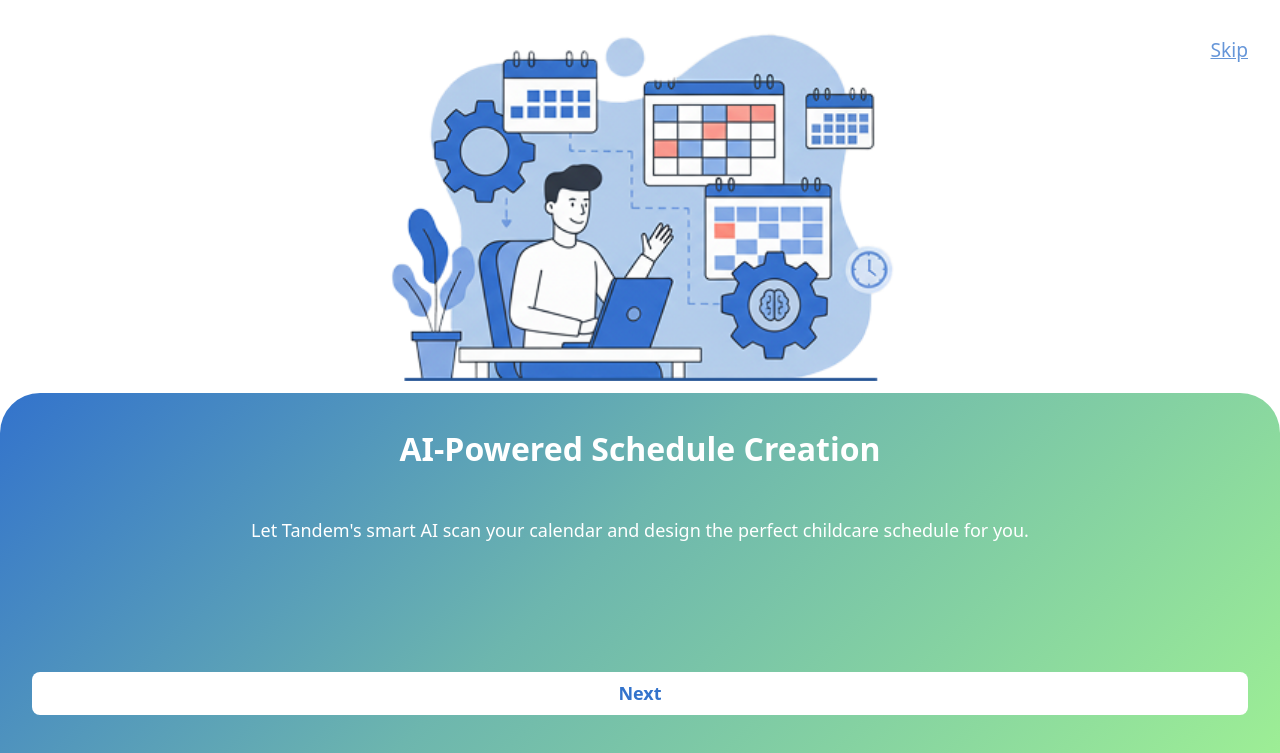
Repository: IDSP-TRADECARE/Tandem
Page: /boarding/features
An editor plug-in stored every save of this project. The page is shown before and after the next save, followed by the edit.
The browser window is 1280 px wide. The pictures show the whole page.
The page's requests for data from a server got no answer. Some web fonts or font styles are not loaded; a fallback is used. The project was rebuilt for these pictures with package versions that can differ from the ones it lists, and the page was loaded fresh each time. Some packages were replaced by stand-ins written for this rebuild. The framework's server and built-in components were replaced by stand-ins that run in the browser. No one was signed in, and anything a server would have sent is missing. Also part of the build but not shown: next.config.ts, src/app/components/auth/AuthGuard.tsx.

Above is the page before, as saved 2025-11-23 00:31:03.

After the next save:
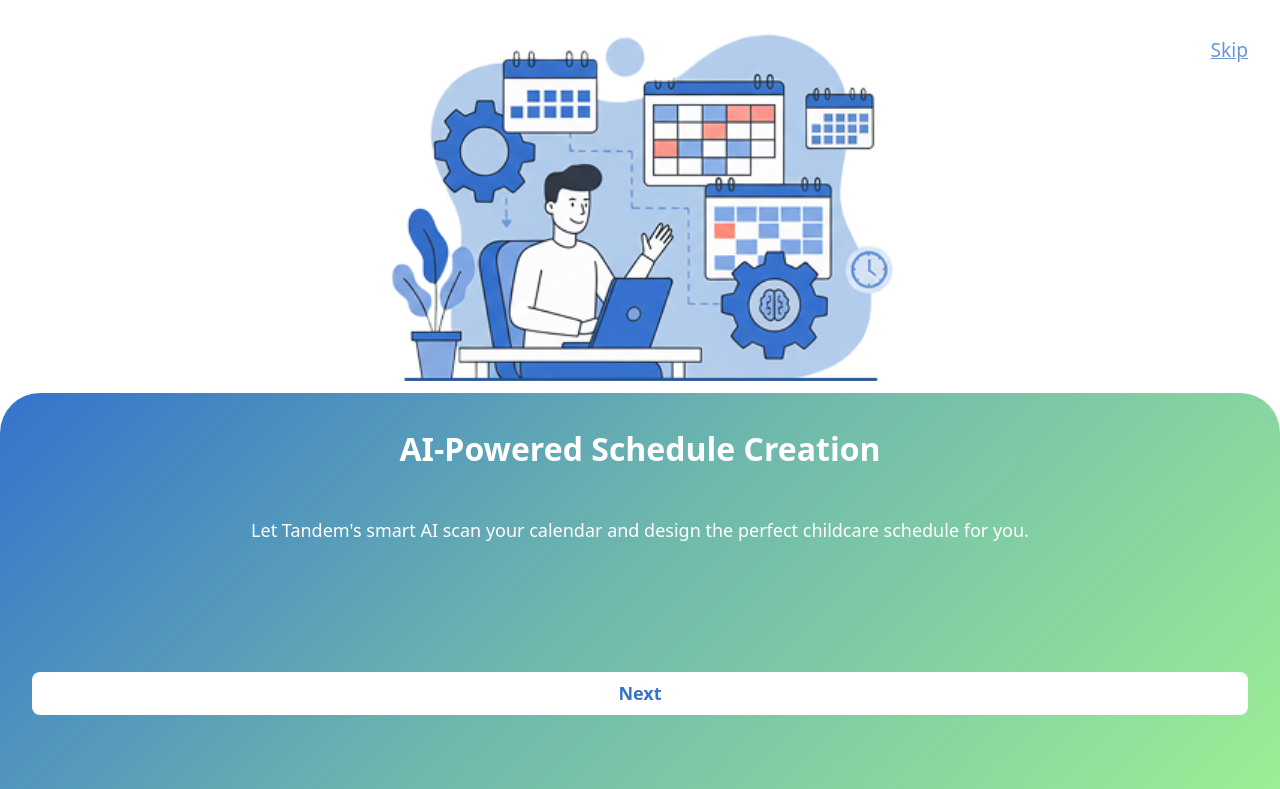
Saved 8 s later.
--- a/src/app/boarding/features/features.module.css
+++ b/src/app/boarding/features/features.module.css
@@ -75,7 +75,7 @@
     border-top-left-radius: 2.5rem;
     border-top-right-radius: 2.5rem;
     padding: 2rem;
-    height: 50vh;
+    height: 55vh;
     width: 100%;
     display: flex;
     flex-direction: column;

After the 3 saves that followed:
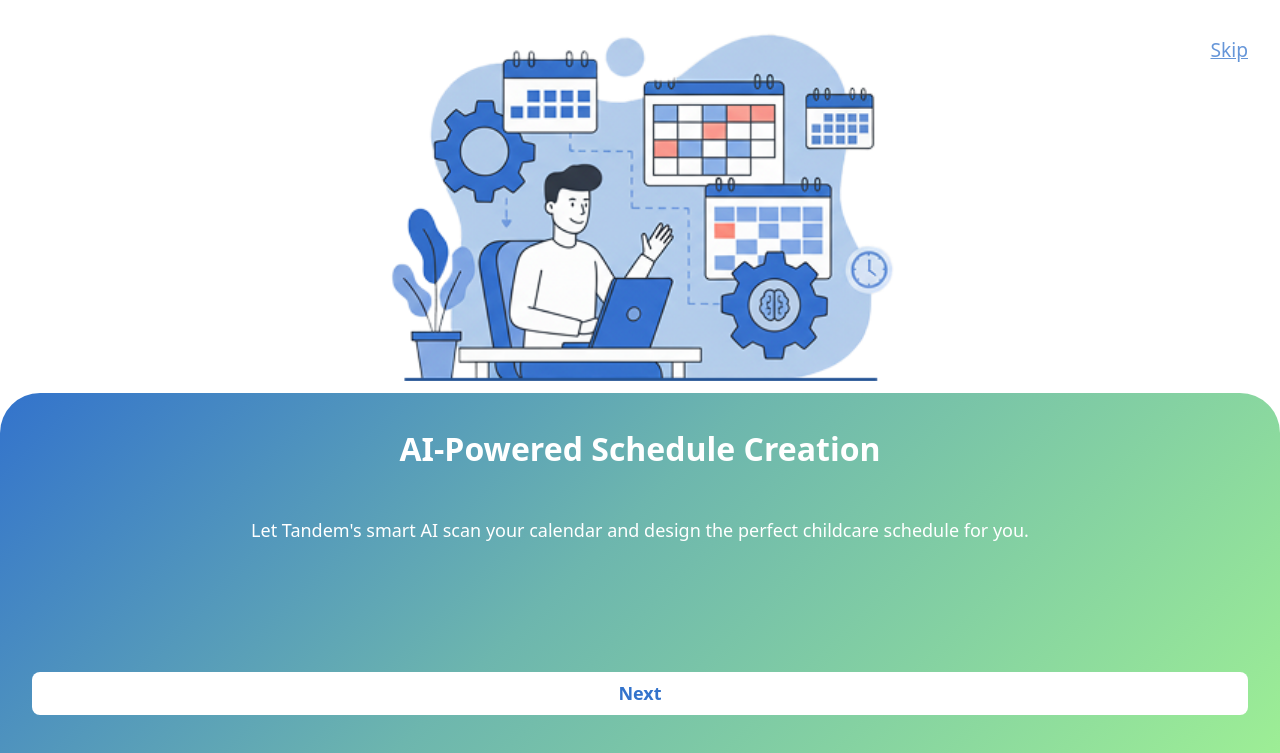
The 3 saves are shown as one change because 1 left the picture as it was and some came seconds apart.
The last was saved 16 s later.
--- a/src/app/boarding/features/features.module.css
+++ b/src/app/boarding/features/features.module.css
@@ -75,7 +75,7 @@
     border-top-left-radius: 2.5rem;
     border-top-right-radius: 2.5rem;
     padding: 2rem;
-    height: 55vh;
+    height: 50vh;
     width: 100%;
     display: flex;
     flex-direction: column;
